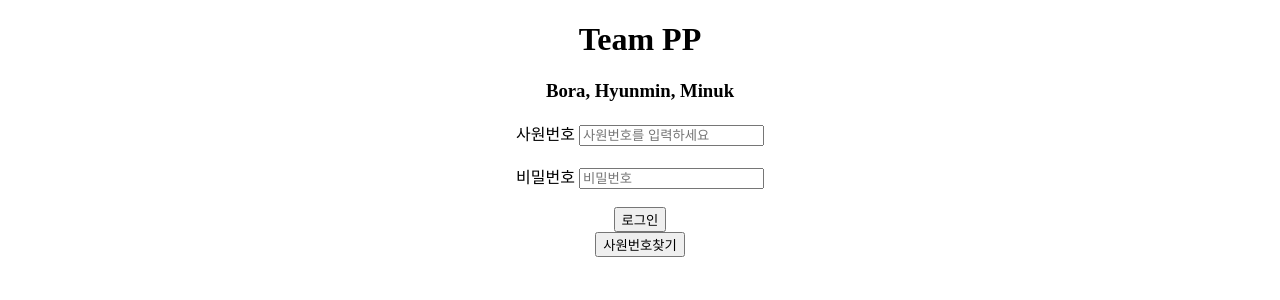
Repository: hyunminini/CommunityPage
Page: http://localhost/PP_Project/login.jsp
These files come from the project's save history. The page is drawn as it stood at one moment and after the next save; the edit follows.
The browser window is 1280 px wide. The pictures show the whole page.
The page is served by Tomcat 9. Nobody is signed in. The application's start-up code is not run. Other server files are loaded and not shown.

Above is the page before, as saved 2022-09-26 13:25:54.

### PP_Project/WebContent/login.jsp
<%@ page language="java" contentType="text/html; charset=UTF-8"
    pageEncoding="UTF-8"%>

<!DOCTYPE html>
<html>
<head>
<meta charset="UTF-8">
<title>Login.jsp</title>

<script>
    // 유효성 검증 예정
    window.onload = function() {
        document.emp.onsubmit = function() {
        	var empno = document.emp.empno;
    		var pw = document.emp.pw;

            if(!empno.value) {
                alert("사원번호를 입력하세요")
                empno.focus();
                return false;
            }
            if(!pw.value) {
                alert("비밀번호를 입력하세요")
                pw.focus();
                return false;
            }
        }
    }
</script>

</head>
<body>
	<h1 align="center">Team PP</h1>
	<h3 align="center">Bora, Hyunmin, Minuk</h3>
	<div class="container">
		<div class="login" align="center" >
			<form id="loginForm" name="emp" action="empcon" method="post">
				<label for="empno" class="form-label">사원번호</label>
				<input type="text" id="empno" name="empno" placeholder="사원번호를 입력하세요"></br><br/>
				<label for="pw" class="form-label">비밀번호</label>
				<input type="password" id="pw" name="pw" placeholder="비밀번호"><br/><br/>
				<button type="submit">로그인</button><br/>
				<button type="button"> 사원번호찾기</button><br/>
			</form>
		</div>
	</div>
</body>
</html>

After the next save:
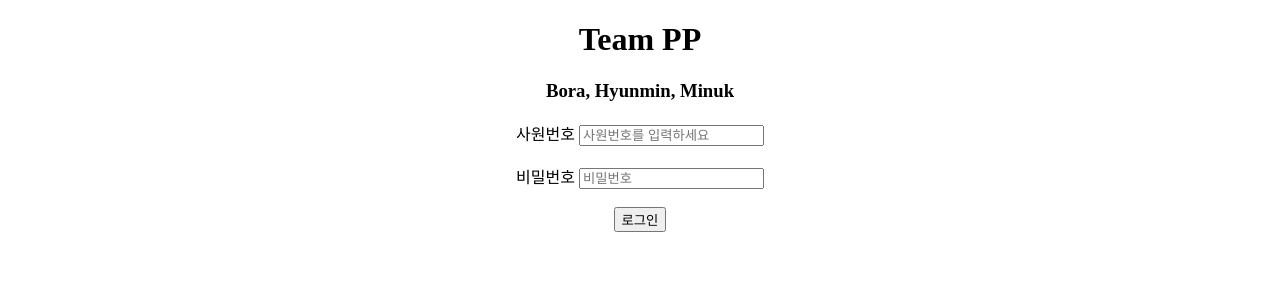
Saved 6 s later.
--- a/PP_Project/WebContent/login.jsp
+++ b/PP_Project/WebContent/login.jsp
@@ -40,7 +40,7 @@
 				<label for="pw" class="form-label">비밀번호</label>
 				<input type="password" id="pw" name="pw" placeholder="비밀번호"><br/><br/>
 				<button type="submit">로그인</button><br/>
-				<button type="button"> 사원번호찾기</button><br/>
+
 			</form>
 		</div>
 	</div>
